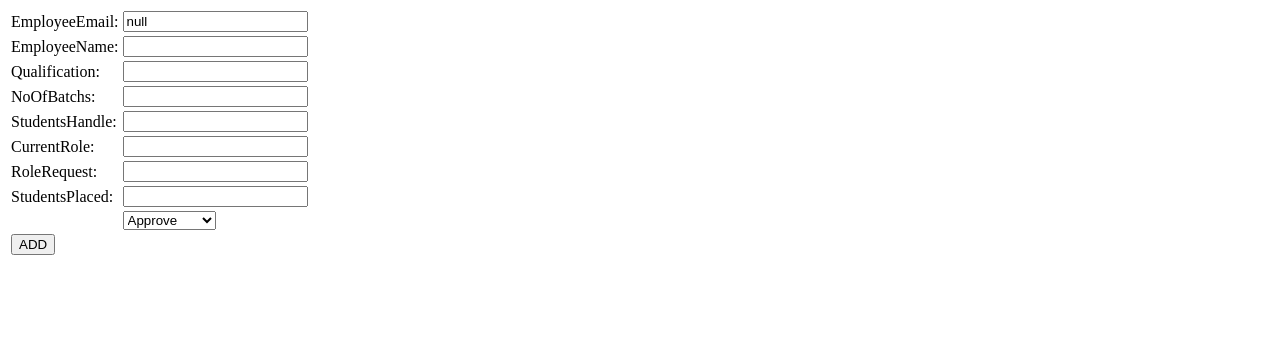
Repository: Karthi-Mano/AdvanceJavaPrograms
Page: http://localhost/CEBProject/Approvehrform.jsp
The author's editor kept a copy of each file at every save. The page is drawn from the files as they stood at one save, then again after the next save.
The browser window is 1280 px wide. The pictures show the whole page.
The page is served by Tomcat 9. Other server files are loaded and not shown.

Above is the page before, as saved 2018-05-11 19:39:48.

### CEBProject/WebContent/Approvehrform.jsp
<%@ page language="java" contentType="text/html; charset=ISO-8859-1"
    pageEncoding="ISO-8859-1"%>
<!DOCTYPE html PUBLIC "-//W3C//DTD HTML 4.01 Transitional//EN" "http://www.w3.org/TR/html4/loose.dtd">
<html>
<head>
<meta http-equiv="Content-Type" content="text/html; charset=ISO-8859-1">
<title>Insert title here</title>
</head>
<body>
<%
HttpSession sess=request.getSession(true);
String s=(String)sess.getAttribute("email");
%>
<form action="approveaction" method="get">

<table>
<tr><td>EmployeeEmail:</td><td><input type="text" name="email" value="<%=s%>"></td></tr>
<tr><td>EmployeeName:</td><td><input type="text" name="empname"/></td></tr>
<tr><td>Qualification:</td><td><input type="text" name="quali"/></td></tr>
<tr><td>NoOfBatchs:</td><td><input type="text" name="nobatch"/></td></tr>
<tr><td>StudentsHandle:</td><td><input type="text" name="stuh"/></td></tr>
<tr><td>CurrentRole:</td><td><input type="text" name="crole"/></td>
</tr>
<tr><td>RoleRequest:</td><td><input type="text" name="role"/>
</td></tr>

<tr><td>StudentsPlaced:</td><td><input type="text" name="stup"/></td></tr>
<tr><td></td><td>
<select name="status">
<option value="Approve">Approve</option>
<option value="NotApprove">NotApprove</option>
</select>
</td></tr>

<tr><td><input type="submit" value="ADD"/></td></tr>
</table>
</form>
</body>
</html>

After the next save:
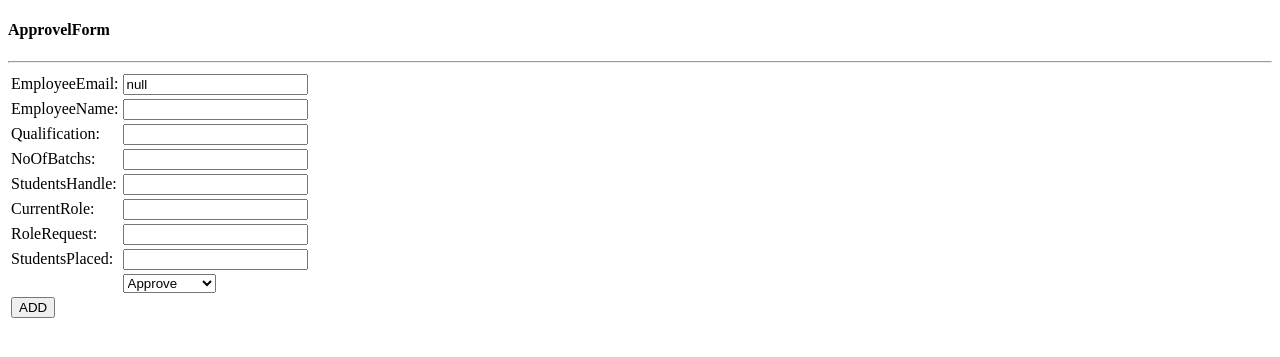
Saved 4 min 51 s later.
--- a/CEBProject/WebContent/Approvehrform.jsp
+++ b/CEBProject/WebContent/Approvehrform.jsp
@@ -11,6 +11,8 @@
 HttpSession sess=request.getSession(true);
 String s=(String)sess.getAttribute("email");
 %>
+<h4>ApprovelForm</h4>
+<hr>
 <form action="approveaction" method="get">
 
 <table>
